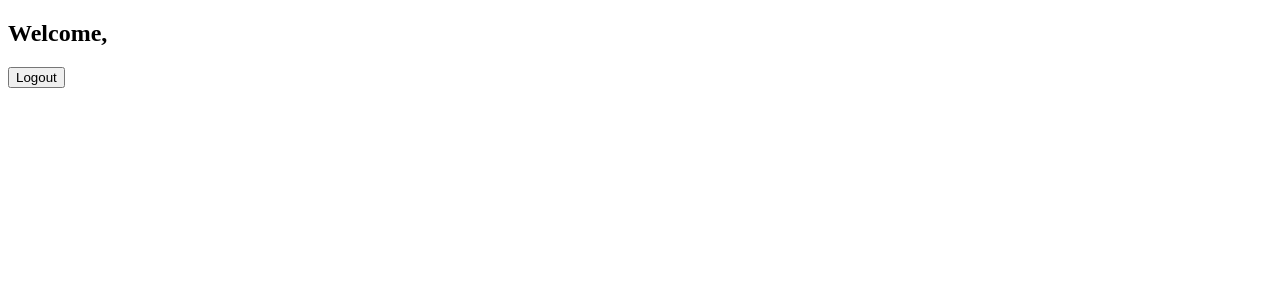
Repository: sakshishinde23/ISS-Assignment
Page: http://localhost/simpleWebApp/welcome.jsp
These files come from the project's save history. The page is drawn as it stood at one moment and after the next save; the edit follows.
The browser window is 1280 px wide. The pictures show the whole page.
The page is served by Tomcat 10. Other server files are loaded and not shown.

Above is the page before, as saved 2024-06-10 07:04:51.
Not found: simpleLogin/simpleWebApp/simpleWebApp/css/styles.css

### simpleLogin/simpleWebApp/src/main/webapp/welcome.jsp
<%@ page language="java" contentType="text/html; charset=UTF-8" pageEncoding="UTF-8"%>
<!DOCTYPE html>
<html>
<head>
    <meta charset="UTF-8">
    <title>Welcome</title>
    <link rel="stylesheet" type="text/css" href="css/styles.css">
</head>
<body>
    <div class="container">
        <h2>Welcome, ${username}</h2>
        <form action="Logout" method="post">
            <input type="submit" value="Logout">
        </form>
    </div>
</body>
</html>

After the next save:
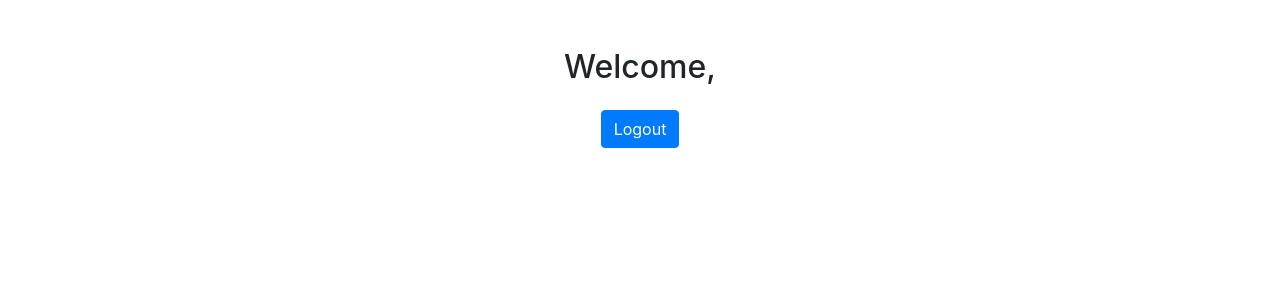
Saved 8 s later.
--- a/simpleLogin/simpleWebApp/src/main/webapp/welcome.jsp
+++ b/simpleLogin/simpleWebApp/src/main/webapp/welcome.jsp
@@ -4,13 +4,13 @@
 <head>
     <meta charset="UTF-8">
     <title>Welcome</title>
-    <link rel="stylesheet" type="text/css" href="css/styles.css">
+    <link rel="stylesheet" href="https://stackpath.bootstrapcdn.com/bootstrap/4.5.2/css/bootstrap.min.css">
 </head>
 <body>
-    <div class="container">
+    <div class="container text-center mt-5">
         <h2>Welcome, ${username}</h2>
-        <form action="Logout" method="post">
-            <input type="submit" value="Logout">
+        <form action="Logout" method="post" class="mt-4">
+            <button type="submit" class="btn btn-primary">Logout</button>
         </form>
     </div>
 </body>
